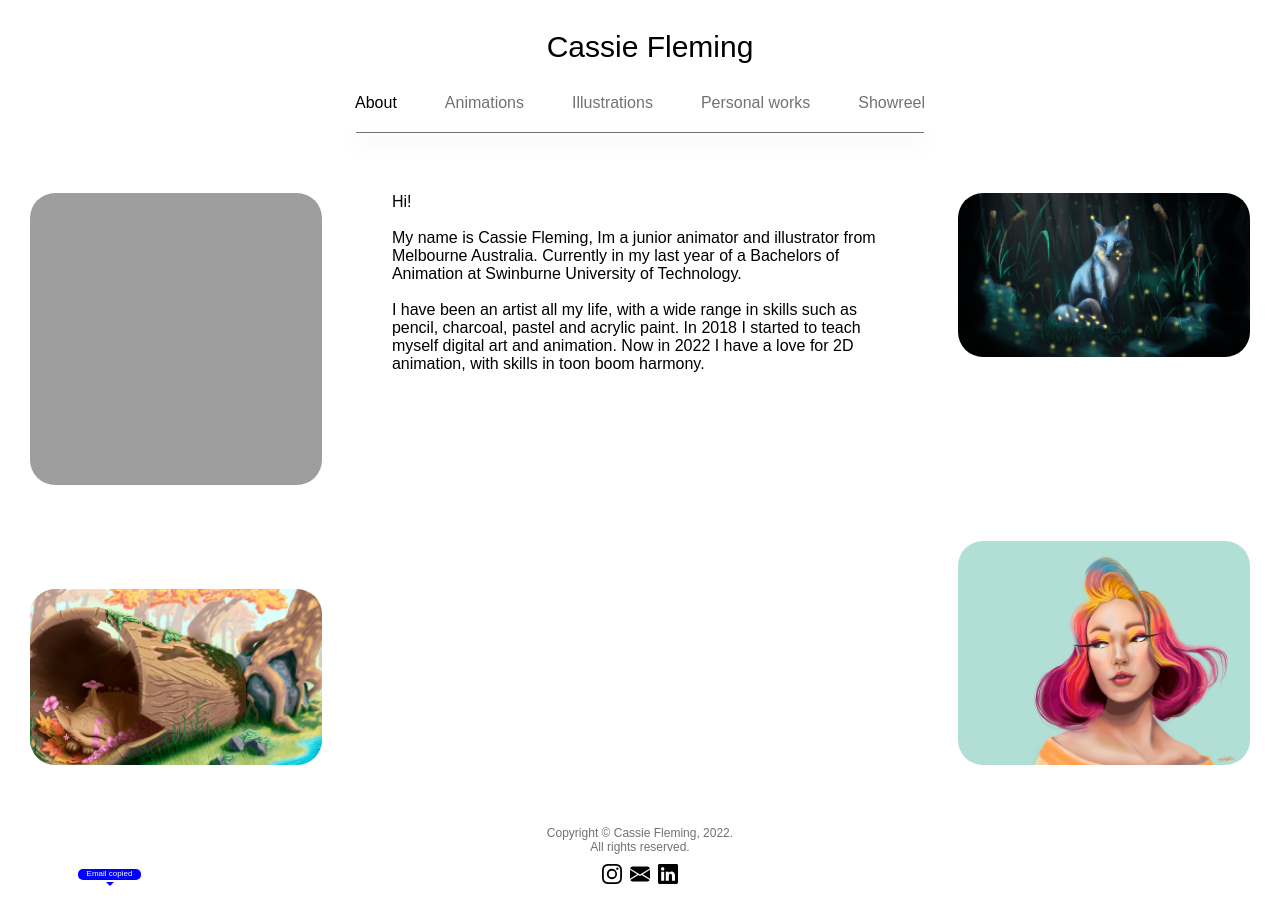
Repository: David-Waite/Cassie-Fleming-portfolio
Page: /
The author's editor kept a copy of each file at every save. The page is drawn from the files as they stood at one save, then again after the next save.
The browser window is 1280 px wide. The pictures show the whole page.
Pictures or frames that could not be fetched are drawn as grey boxes. Some web fonts or font styles are not loaded; a fallback is used. The project was rebuilt for these pictures with package versions that can differ from the ones it lists, and the page was loaded fresh each time. The framework's server and built-in components were replaced by stand-ins that run in the browser. Also part of the build but not shown: next.config.js.

Above is the page before, as saved 2022-09-13 11:33:00.

### pages/index.js
import Head from "next/head";
import Image from "next/image";
import styles from "../styles/Home.module.css";

export default function Home() {
  return (
    <div className={styles.layout}>
      <div className={`${styles.photoContainer} ${styles.photoContainerLeft}`}>
        <div>
          <Image
            className={styles.photo}
            src="/Cassie.png"
            height={3024}
            width={3024}
            alt="Photo of me, Cassie Fleming"
          />
        </div>
        <div className={styles.photo}>
          <Image
            className={styles.photo}
            src="/cherry blossom.2.jpg"
            height={725}
            width={1200}
            alt="Cherry Blossom covered fox, taking a nap in a hollowed tree log, by the river"
          />
        </div>
      </div>

      <div className={styles.aboutText}>
        Hi!
        <br />
        <br />
        My name is Cassie Fleming, Im a junior animator and illustrator from
        Melbourne Australia. Currently in my last year of a Bachelors of
        Animation at Swinburne University of Technology.
        <br />
        <br /> I have been an artist all my life, with a wide range in skills
        such as pencil, charcoal, pastel and acrylic paint. In 2018 I started to
        teach myself digital art and animation. Now in 2022 I have a love for 2D
        animation, with skills in toon boom harmony.
      </div>
      <div className={styles.photoContainer}>
        <div className={styles.photo}>
          <Image
            className={styles.photo}
            src="/fox.png"
            height={1080}
            width={1920}
            alt="glowing fox"
          />
        </div>
        <div className={styles.photo}>
          <Image
            className={styles.photo}
            src="/Inkedhuman.jpg"
            height={930}
            width={1211}
            alt="girl with cool hair a swaggie eyes"
          />
        </div>
      </div>
    </div>
  );
}

### components/Layout.js
import Link from "next/link";
import { useRouter } from "next/router";
import React, { useState } from "react";
import { Instagram, Linkedin, EnvelopeFill } from "react-bootstrap-icons";

export default function Layout({ children }) {
  const [navClass, setNavClass] = useState("");
  const [copiedEmail, setCopiedEmail] = useState("copied");
  const router = useRouter();
  const currentRoute = router.pathname;

  function toggleNav() {
    setNavClass((navClass) => {
      return navClass === "change" ? "" : "change";
    });
  }

  function newPage() {
    setNavClass("");
  }

  function copyEmail() {
    navigator.clipboard.writeText("cassie.fleming2000@gmail.com");
    setTimeout(() => {
      setCopiedEmail("email-popup");
    }, [1000]);

    setCopiedEmail("copied");
  }

  return (
    <div className={`layout ${navClass}`}>
      <header className="header">
        <h1>
          <Link href="/">
            <a>Cassie Fleming</a>
          </Link>
        </h1>

        <div className="navbar-icon" onClick={toggleNav}>
          <div className="bar1"></div>
          <div className="bar2"></div>
          <div className="bar3"></div>
        </div>

        <nav>
          <Link href="/">
            <a
              onClick={newPage}
              className={currentRoute === "/" ? "active" : ""}
            >
              About
            </a>
          </Link>
          <Link href="/animations">
            <a
              onClick={newPage}
              className={currentRoute === "/animations" ? "active" : ""}
            >
              Animations
            </a>
          </Link>
          <Link href="/illustrations">
            <a
              onClick={newPage}
              className={currentRoute === "/illustrations" ? "active" : ""}
            >
              Illustrations
            </a>
          </Link>
          <Link href="/personal-works">
            <a
              onClick={newPage}
              className={currentRoute === "/personalWorks" ? "active" : ""}
            >
              Personal works
            </a>
          </Link>
          <Link href="/showreel">
            <a
              onClick={newPage}
              className={currentRoute === "/showreel" ? "active" : ""}
            >
              Showreel
            </a>
          </Link>
        </nav>
      </header>
      <div className="navbar-line"></div>
      <h2 className="currentPage">
        {currentRoute === "/illustrations"
          ? "Illustrations"
          : currentRoute === "/"
          ? "About"
          : currentRoute === "/animations"
          ? "Animations"
          : currentRoute === "/showreel"
          ? "Showreel"
          : currentRoute === "/personal-work"
          ? "Personal works"
          : ""}
      </h2>

      {children}
      <footer>
        <span className={copiedEmail}>Email copied</span>
        <p className="copyright">Copyright &copy; Cassie Fleming, 2022.</p>
        <p className="copyright">All rights reserved.</p>
        <div className="social">
          <span>
            <Link href="https://www.instagram.com/cass_illustrations/">
              <a target="_blank">
                <Instagram />
              </a>
            </Link>
          </span>
          <div className="email" onClick={copyEmail}>
            <EnvelopeFill />
          </div>
          <span>
            <Link href="http://www.linkedin.com/in/cassie-fleming-500a56204">
              <a target="_blank">
                <Linkedin />
              </a>
            </Link>
          </span>
        </div>
      </footer>
    </div>
  );
}

### styles/globals.css
@import url("https://fonts.googleapis.com/css2?family=Zen+Maru+Gothic:wght@300;400;500;700&display=swap");

* {
  font-family: "Zen Maru Gothic", sans-serif;
  box-sizing: border-box;
  margin: 0;
  padding: 0;
}

.layout {
  margin: 30px 30px 0;
  display: flex;
  flex-direction: column;
  align-items: center;
  position: relative;
  min-height: calc(100vh - 30px);

  padding-bottom: 140px;
  text-align: center;
}

h1 {
  font-weight: 400;
  font-size: 30px;
  margin-bottom: 30px;
  margin-left: 20px;
}

a:hover {
  color: black;
}

a {
  text-decoration: none;
  color: black;
}
.hover {
  color: red;
}

.active {
  color: black;
}

nav a {
  color: #727272;
  margin: 24px;
  font-size: 16px;
}
.navbar-line {
  width: 568px;
  height: 1px;
  background-color: #727272;
  box-shadow: rgba(0, 0, 0, 0.35) 0px 9px 17px;
  margin: 20px 0 60px;
}
.currentPage {
  display: none;
}
footer {
  width: calc(100vw - 40px);
  position: absolute;
  bottom: 0px;
  font-size: 12px;
  color: #727272;
}
/* navBar icon */
.navbar-icon {
  display: none;
  cursor: pointer;
  margin-right: 20px;
}

.bar1,
.bar2,
.bar3 {
  width: 20px;
  height: 3px;
  background-color: #727272;
  margin: 4px 0;
  transition: 0.4s;
  border-radius: 5px;
}

.change .bar1 {
  transform: translate(0, 7px) rotate(-45deg);
}

.change .bar2 {
  opacity: 0;
}

.change .bar3 {
  transform: translate(0, -7px) rotate(45deg);
}

.social {
  width: calc(100vw - 40px);
  display: flex;
  justify-content: center;
  padding: 10px 0 20px;
}
.copyright {
  width: calc(100vw - 40px);
  margin: 0;
  padding: 0;
}
.social span {
  color: black;
  margin: 0 8px;
  cursor: pointer;
  font-size: 20px;
}

.email {
  cursor: pointer;
  position: relative;
  font-size: 20px;
  color: black;
  z-index: 2;
}
.email-popup {
  transition: 0.5s;
  height: auto;
  position: absolute;
  font-size: 8px;
  font-weight: 400;
  width: 63px;
  left: 400px;
  top: 48.5px;
  background-color: transparent;
  color: transparent;
  border-radius: 5px;
  z-index: 1;
}

.email-popup::after {
  position: absolute;
  content: "";
  z-index: 2;
  top: 11px;
  left: 28px;
  color: transparent;
  transition: 0s;
  border-left: 4px solid transparent;
  border-right: 4px solid transparent;
  border-top: 4px solid transparent;
  z-index: 0;
}
.copied {
  transition: 0.5s;
  height: auto;
  position: absolute;
  font-size: 8px;
  font-weight: 400;
  width: 63px;
  left: 58px;
  top: 42.5px;
  padding: 0 0 2px 0;
  background-color: blue;
  color: #ffffff;
  border-radius: 5px;
  z-index: 1;
}

.copied::after {
  position: absolute;
  content: "";
  z-index: 2;
  top: 13px;
  left: 28px;
  color: transparent;
  border-left: 4px solid transparent;
  border-right: 4px solid transparent;
  border-top: 4px solid blue;
}

@media (max-width: 810px) {
  .layout {
    margin: 20px 20px 0;
    max-width: 100vw;
  }
  header {
    position: relative;
    display: flex;
    align-items: center;
    justify-content: space-between;
    width: 100vw;
  }
  .navbar-icon {
    display: inline-block;
  }
  h1 {
    font-size: 20px;
    margin-bottom: 0;
  }

  nav {
    position: absolute;
    top: 50px;
    display: flex;
    flex-direction: column;
    width: 100vw;
    height: 0px;
    transition: 0.5s;
    z-index: 1;
    background-color: white;
    overflow: hidden;
  }
  nav a {
    display: flex;
    justify-content: center;
    align-items: center;
    margin: 0;
    height: 50px;
  }
  .change nav {
    height: 100vh;
  }
  a:hover {
    background-color: #c4c3c3;
  }

  .navbar-line {
    width: 100vw;
    margin-bottom: 10px;
  }

  .currentPage {
    display: inline;
    margin: 10px 0 20px;
    padding-left: 20px;
    font-weight: 400;
    color: #727272;
    font-size: 16px;
    text-align: left;
    width: 100vw;
  }
  .change .layout {
    margin-top: 20px;
  }
}

p {
  margin: 20px 0;
}
@media (max-width: 1000px) {
}
hr {
  margin: 20px 0 40px;
}

### styles/Home.module.css
.layout {
  display: grid;
  grid-template-columns: 1fr 1.7fr 1fr;
  max-width: 1250px;
  gap: 70px;
}

.aboutText {
  min-width: 300px;
  max-width: 600px;
  text-align: start;
}

.photoContainer {
  display: flex;
  flex-direction: column;
  justify-content: space-between;
  min-width: 200px;
  gap: 100px;
}

.photo {
  border-radius: 25px;
}
.profile {
  display: none;
}

@media (max-width: 1000px) {
  .layout {
    gap: 20px;
  }
}
@media (max-width: 810px) {
  .layout {
    display: inline;
  }
  .photo {
    display: none;
  }
  .photoContainerLeft {
    margin: 0 auto 30px;
    max-width: 400px;
  }
  .aboutText {
    max-width: 400px;
  }
}

Loaded but not shown: pages/_app.js (common file)

After the next save:
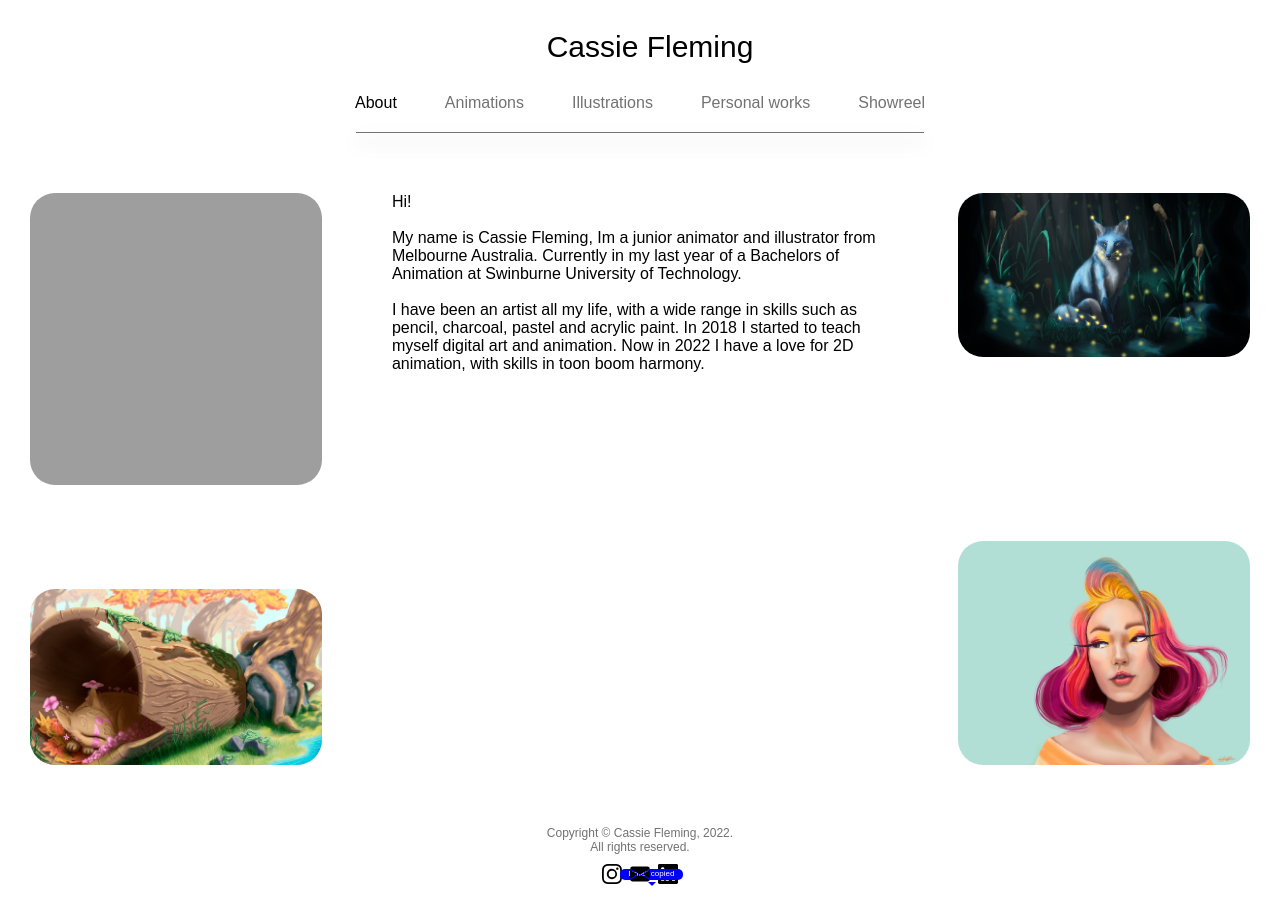
Saved 9 s later.
--- a/styles/globals.css
+++ b/styles/globals.css
@@ -126,7 +126,7 @@ footer {
   font-size: 8px;
   font-weight: 400;
   width: 63px;
-  left: 400px;
+  left: 58px;
   top: 48.5px;
   background-color: transparent;
   color: transparent;
@@ -154,7 +154,7 @@ footer {
   font-size: 8px;
   font-weight: 400;
   width: 63px;
-  left: 58px;
+  left: 600px;
   top: 42.5px;
   padding: 0 0 2px 0;
   background-color: blue;
